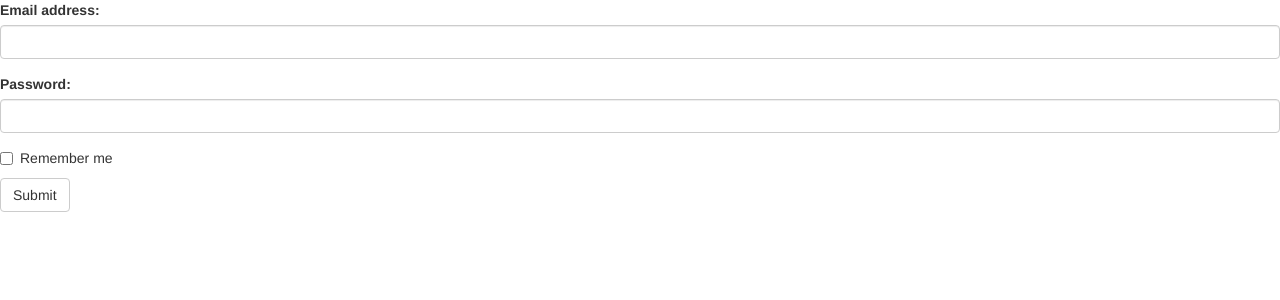
Repository: vaibhavkri/Trendnxt-Projects
Page: bootstrap/Bootstrap– L3 Assignment/Topic 6 HTML Forms/Assignment1.html
An editor plug-in stored every save of this project. The page is shown before and after the next save, followed by the edit.
The browser window is 1280 px wide. The pictures show the whole page.

Above is the page before, as saved 2018-10-23 14:24:02.

After the next save:
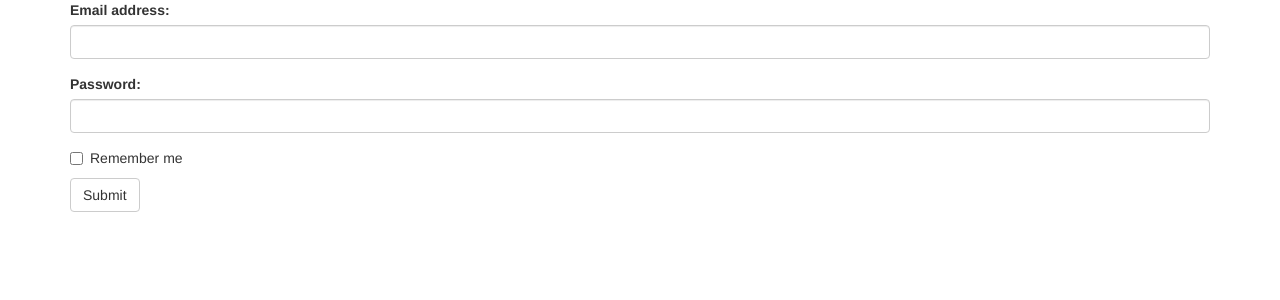
Saved 115 s later.
--- a/bootstrap/Bootstrap– L3 Assignment/Topic 6 HTML Forms/Assignment1.html
+++ b/bootstrap/Bootstrap– L3 Assignment/Topic 6 HTML Forms/Assignment1.html
@@ -14,21 +14,24 @@
 
 
 <body>
-    <form action="/action_page.php">
 
-        <div class="form-group">
-            <label for="email">Email address:</label>
-            <input type="email" class="form-control" id="email">
-        </div>
-        <div class="form-group">
-            <label for="pwd">Password:</label>
-            <input type="password" class="form-control" id="pwd">
-        </div>
-        <div class="checkbox">
-            <label><input type="checkbox"> Remember me</label>
-        </div>
-        <button type="submit" class="btn btn-default">Submit</button>
-    </form>
+    <div class="container">
+        <form action="/action_page.php">
+
+            <div class="form-group">
+                <label for="email">Email address:</label>
+                <input type="email" class="form-control" id="email">
+            </div>
+            <div class="form-group">
+                <label for="pwd">Password:</label>
+                <input type="password" class="form-control" id="pwd">
+            </div>
+            <div class="checkbox">
+                <label><input type="checkbox"> Remember me</label>
+            </div>
+            <button type="submit" class="btn btn-default">Submit</button>
+        </form>
+    </div>
 
 
 
